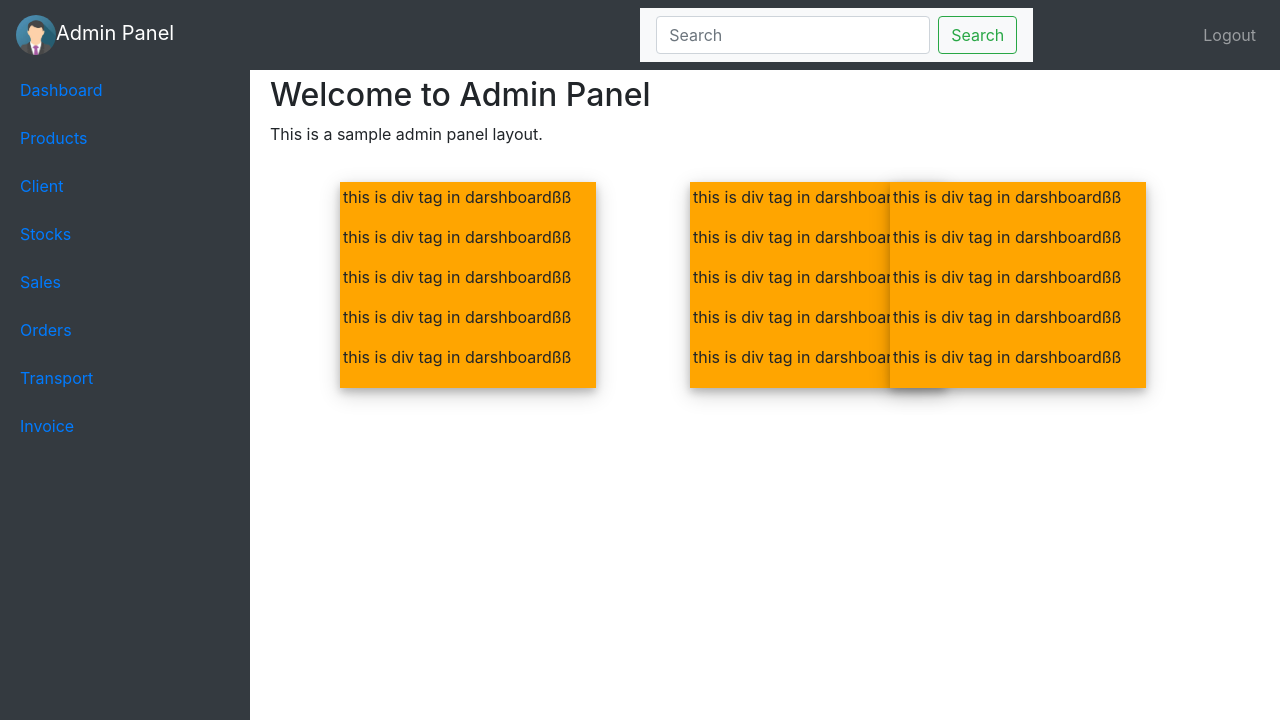
Repository: AmrutaAware/CodingQueens
Page: workspaceBilling/BillingSystem/src/main/webapp/home.html
An editor plug-in stored every save of this project. The page is shown before and after the next save, followed by the edit.
The browser window is 1280 px wide. The pictures show the whole page.
Some web libraries are served in a nearby version.

Above is the page before, as saved 2024-03-14 11:21:14.

After the next save:
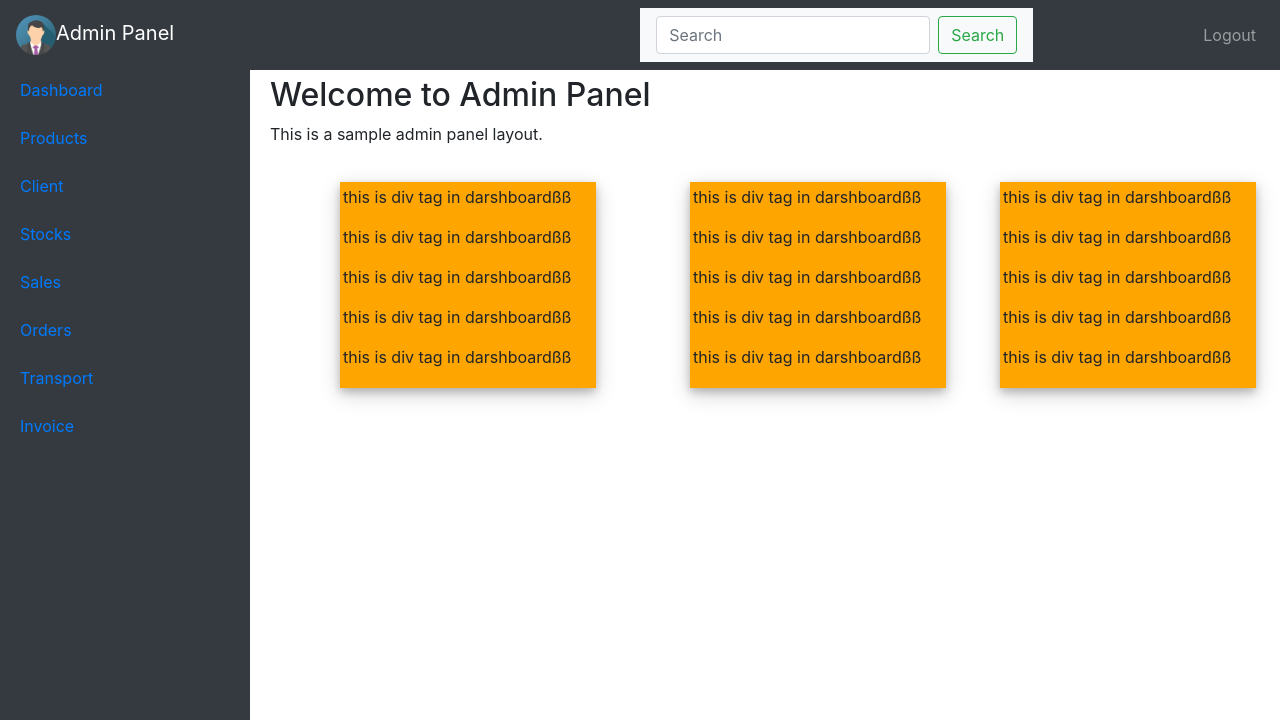
Saved 11 s later.
--- a/workspaceBilling/BillingSystem/src/main/webapp/home.html
+++ b/workspaceBilling/BillingSystem/src/main/webapp/home.html
@@ -65,7 +65,7 @@
     width:20%;
     /* height:30%; */
     position:absolute;
-    left:890px;
+    left:1000px;
     background:orange;
     border: 3px solid orange;
   box-shadow: 0 4px 8px 0 rgba(0, 0, 0, 0.2), 0 6px 20px 0 rgba(0, 0, 0, 0.19);
